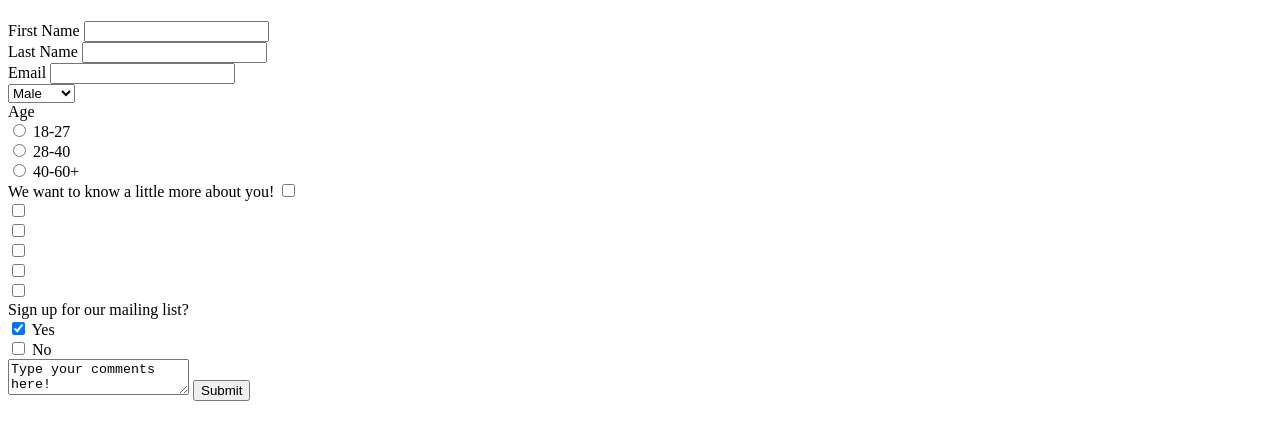
Repository: sunkim96/cosw30
Page: homework/homework2/contact.html
The author's editor kept a record of every edit. The page is drawn from the files as they stood at one moment, then again after the next edit.
The browser window is 1280 px wide. The pictures show the whole page.

Above is the page before.

### homework/homework2/contact.html
<!doctype html>
<html>
    <head>
        <meta charset="utf-8">
        <title>Political Campaign</title>
    </head>
    <body>
        <h1></h1>


        <form action="process_contact.php" method="POST">
            <!-- first and last name, email !-->
            <label for="first_name">First Name</label>
            <input type="text" id="first_name" name="first_name" required><br>

            <label for="last_name">Last Name</label>
            <input type="text" id="last_name" name="last_name" required><br>

            <label for="email">Email</label>
            <input type="email" id="email" name="email" required><br>


            <!-- gender as a dropdown !-->
            <select name="gender">
                <option value ="male">Male</option>
                <option value ="female">Female</option>
                <option value ="other"></option>Other</option>
                <option value ="none"></option>Prefer Not to Say</option>
            </select><br>

            <!-- age with radio !-->
            <label for="age">Age</label><br>
                <input type="radio" name="age" value="18-27"> 18-27<br>
                <input type="radio" name="age" value="28-40"> 28-40<br>
                <input type="radio" name="age" value="40-60"> 40-60+<br>

            <!-- interesting things, checkboxes for these options !-->
            <label for="interests">We want to know a little more about you!</label>
                <input type="checkbox" name="" value=""> <br>
                <input type="checkbox" name="" value=""> <br>
                <input type="checkbox" name="" value=""> <br>
                <input type="checkbox" name="" value=""> <br>
                <input type="checkbox" name="" value=""> <br>
                <input type="checkbox" name="" value=""> <br>

              <!--<label for="contribution">Your Contribution</label>
             $0
              <input type="range" id="a" name="a" value="0">
              $100 +
              <input type="number" id="b" name="b" value="50">
                =
              <output name="x" for="a b"></output>!-->

              <!-- mailing list yes or no !-->
             <label for="yesno">Sign up for our mailing list?</label><br>
              <input type="checkbox" name="yes" value="yes" checked> Yes<br>
              <input type="checkbox" name="no" value="no"> No<br>

            <textarea name="comments" id="comments">Type your comments here!</textarea>
            <button>Submit</button>
        </form>



    </body>





</html>

After the next edit:
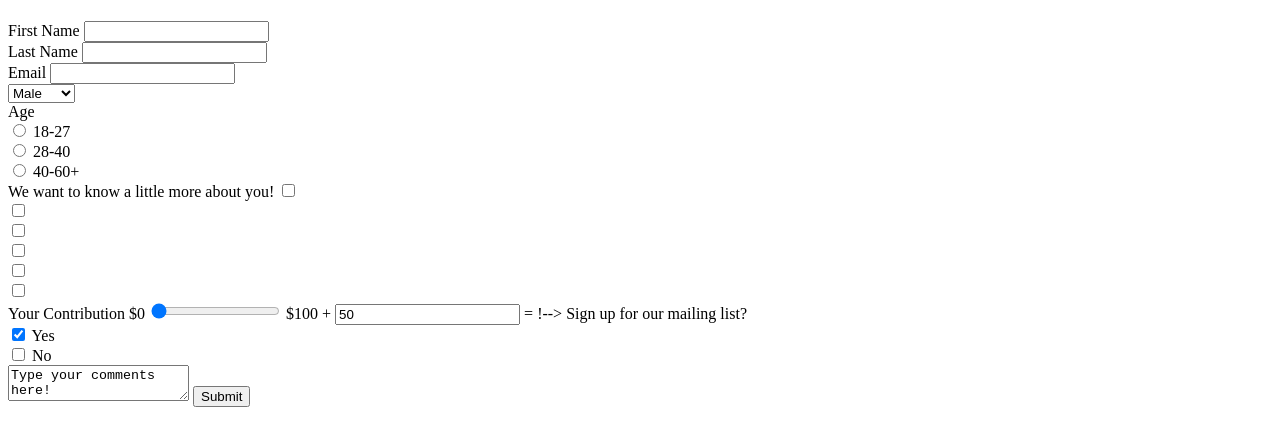
The edit:
--- a/homework/homework2/contact.html
+++ b/homework/homework2/contact.html
@@ -43,7 +43,7 @@
                 <input type="checkbox" name="" value=""> <br>
                 <input type="checkbox" name="" value=""> <br>
 
-              <!--<label for="contribution">Your Contribution</label>
+              <label for="contribution">Your Contribution</label>
              $0
               <input type="range" id="a" name="a" value="0">
               $100 +
